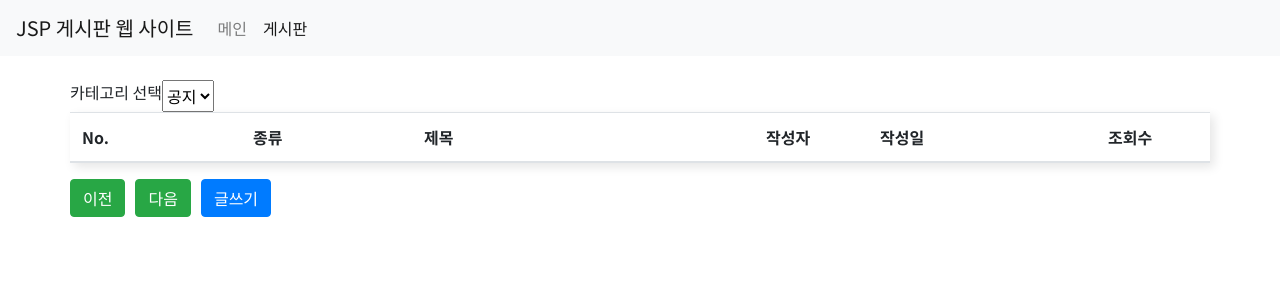
Repository: hz6450/2024-summer-jsp-notice-project
Page: http://localhost/BBS/BBS.jsp
The author's editor kept a copy of each file at every save. The page is drawn from the files as they stood at one save, then again after the next save.
The browser window is 1280 px wide. The pictures show the whole page.
Some web fonts or font styles are not loaded; a fallback is used. Some web libraries are served in a nearby version. The page is served by Tomcat 10. Queries for data that is not in the repository find no rows.

Above is the page before, as saved 2024-07-16 04:03:51.

After the next save:
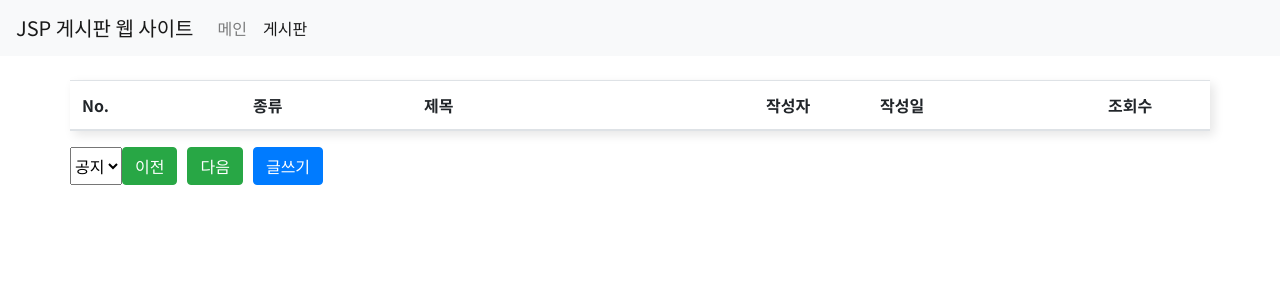
Saved 21 s later.
--- a/projects/BBS/src/main/webapp/BBS.jsp
+++ b/projects/BBS/src/main/webapp/BBS.jsp
@@ -62,13 +62,6 @@
         <div class="row">
             <table class="table table-striped" id="bbs-table">
                 <thead>
-									<label>카테고리 선택</label> <br> <select
-										name="bbsCategory" id="bbsCategory">
-											<option value="공지">공지</option>
-											<option value="자유">자유</option>
-											<option value="질문">질문</option>
-									</select>
-
                     <tr>
                         <th scope="col" style="width: 15%">No.</th>
                         <th scope="col" style="width: 15%">종류</th>
@@ -95,6 +88,12 @@
                     <% } %>
                 </tbody>
             </table>
+            									<select
+										name="bbsCategory" id="bbsCategory">
+											<option value="공지">공지</option>
+											<option value="자유">자유</option>
+											<option value="질문">질문</option>
+									</select>
 
             <div class="d-flex justify-content-between align-items-center">
                 <a href="BBS.jsp?pageNumber=<%=pageNumber - 1%>" class="btn btn-success btn-arrow-left">이전</a>
